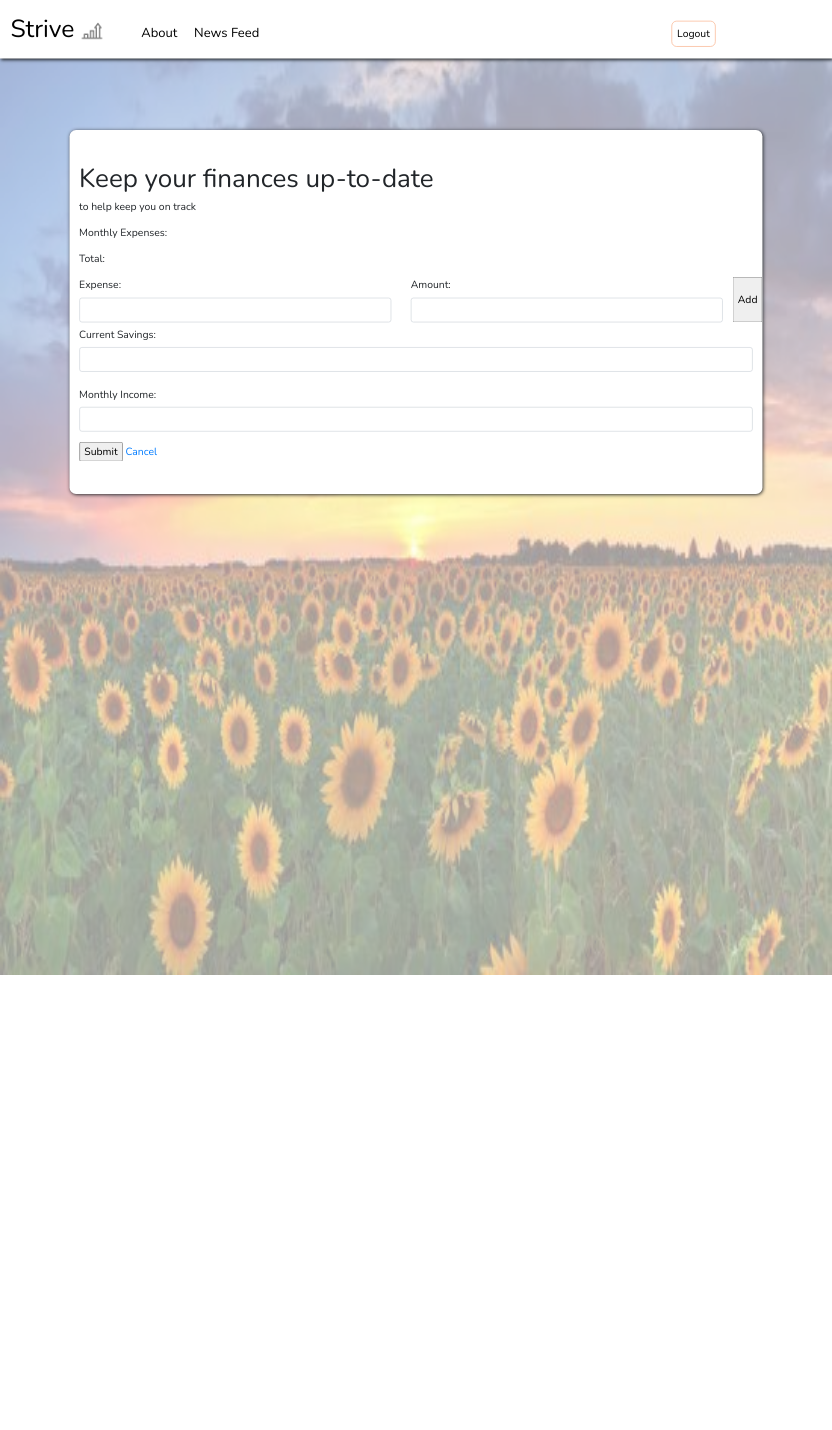
Repository: NoraOK/Strive
Page: http://localhost/strive/WEB-INF/strive/ie.jsp
These files come from the project's save history. The page is drawn as it stood at one moment and after the next save; the edit follows.
The browser window is 1280 px wide. The pictures show the whole page, at 65% of full size.
The page is served by Tomcat 9. Nobody is signed in. Other server files are loaded and not shown. The template is opened directly, without the code that normally fills it, so the values that code supplies are empty.

Above is the page before, as saved 2019-12-20 18:01:31.

### strive/src/main/webapp/WEB-INF/strive/ie.jsp
<%@ page language="java" contentType="text/html; charset=UTF-8"
	pageEncoding="UTF-8"%>
<%@ taglib prefix="form" uri="http://www.springframework.org/tags/form"%>
<%@ taglib prefix="c" uri="http://java.sun.com/jsp/jstl/core"%>
<%@ taglib prefix = "fmt" uri = "http://java.sun.com/jsp/jstl/fmt" %>

<!DOCTYPE html>

<html>
<head>
<meta charset="UTF-8">
<title>Strive | Personal Finances</title>
	<link rel="stylesheet"
	href="https://stackpath.bootstrapcdn.com/bootstrap/4.3.1/css/bootstrap.min.css"
	integrity="sha384-ggOyR0iXCbMQv3Xipma34MD+dH/1fQ784/j6cY/iJTQUOhcWr7x9JvoRxT2MZw1T"
	crossorigin="anonymous">
	<link href="/css/ie.css" rel="stylesheet" type="text/css" />
	<link href="https://fonts.googleapis.com/css?family=Nunito:200,400,700&display=swap" rel="stylesheet">
</head>
<body>
	<div>
		<jsp:include page="header.jsp"/>
	</div>
	<div class="body">
		<img src="/images/flowers.jpg">
		<div class="container col-10 spotlight">
		<p class="h1">Keep your finances up-to-date</p>
		<p>to help keep you on track</p>
		<p>Monthly Expenses:</p>
		<table>
			<tbody>

				<c:forEach items="${user.user_expenses}" var="userExpense">
					<tr>
					<td><c:out value="${userExpense.name}"/></td>
					<td><fmt:formatNumber value="${userExpense.amount}" type="currency"/></td>
					<td>
						<form action="/deleteUserExpense/${userExpense.id}" method="post">
							<input type="hidden" name="_method" value="delete">
							<input type="submit" value="Delete">
						</form>
					</td>
					</tr>
				</c:forEach>
			</tbody>
		</table>
		<p>Total: <fmt:formatNumber value="${user.totalUserExpense}" type="currency"/></p>
		<form:form action="/addUserExpense" method="post" modelAttribute="userExpense" class="row">
			<form:hidden path="user" value="${user.id}"/>
			<div class="col">
				<form:label path="name">Expense:</form:label>
				<form:input path="name" type="text" class="form-control"/>
			</div>
			<div class="col">
				<form:label path="amount">Amount:</form:label>
				<form:input path="amount" type="text" class="form-control"/>
			</div>
				<input type="submit" value="Add"/>
		</form:form>
		<form action="/strive/updateFinances" method="post">
			<p>
				<label class="lead col-form-label">Current Savings: </label>
				<input name="currentBalance" type="number" class="form-control" />
			</p>
			<p>
				<label class="lead col-form-label">Monthly Income: </label>
				<input name="currentIncome" type="number" class="form-control" />
			</p>
			<input class="" type="submit" value="Submit" />
			<a class="" href="/home">Cancel</a>
		</form>
		</div>
	</div>
</body>
</html>

### strive/src/main/webapp/WEB-INF/strive/header.jsp
<%@ page language="java" contentType="text/html; charset=UTF-8"
    pageEncoding="UTF-8"%>
<%@ taglib prefix="c" uri="http://java.sun.com/jsp/jstl/core"%>

<!DOCTYPE html>
<html>
<head>
<meta charset="UTF-8">
<title>Insert title here</title>
	<link rel="stylesheet" href="https://stackpath.bootstrapcdn.com/bootstrap/4.3.1/css/bootstrap.min.css" integrity="sha384-ggOyR0iXCbMQv3Xipma34MD+dH/1fQ784/j6cY/iJTQUOhcWr7x9JvoRxT2MZw1T" crossorigin="anonymous">
	<link href="/css/header.css" rel="stylesheet" type="text/css"/>
	<link href="https://fonts.googleapis.com/css?family=Nunito&display=swap" rel="stylesheet">
</head>
<body>
	<header class="p-3">
		<div class="logo d-inline">
			<a class="d-inline strive" href="/">Strive <img class="header_img" src="/images/icon2.png" alt=""></a>
			<div class="d-inline links pl-5">
				<a class="d-inline link" href="">About</a>
				<a class="d-inline link pl-3" href="/feed">News Feed</a>
				<c:choose>
					<c:when test="${user.goals.size() > 0}">
						<a class="d-inline link pl-3" href="/allGoals">Your Goals</a>
					</c:when>
				</c:choose>
			</div>
		</div>
		<div class="buttons d-inline">
			<a href="/logout" class="logout_button">Logout</a>
		</div>
	</header>
</body>
</html>

### strive/src/main/resources/static/css/ie.css
.body {
	padding-top: 200px;
    position: relative;
    overflow: hidden;
    height: 2200px;
    font-family:'Nunito', sans-serif;

}

.body img {
	background-color: rgba(232,114,17,1.0);
    position: absolute;
    left: 0;
    top: 0;
    width: 100%;
    height: 1500px;
    opacity: 0.4;
}

.spotlight{
	background-color: white;
	border-radius: 10px;
	box-shadow: 1px 1px 6px;
	padding: 50px;
	padding-left: 50px;

}

.h1{
	font-size: 30px;
	font-weight: 200;

}

### strive/src/main/resources/static/css/header.css
header{
	box-shadow: 2px 2px 5px;
	height: 90px;
	z-index: 10;
    position: fixed;
    width: 100%;
    font-family:'Nunito', sans-serif;
    background-color: white;
}
.strive{
	text-decoration: none;
	color: black;
}

.logo{
	font-size: 38px;

}
.header_img{
	background-color: white;
	width: 35px;
	opacity: .5;
}

.button{
	font-size: 17px;
	color: black;
}

.link {
	font-size: 20px;
	color: black;
}

a:link {
  text-decoration: none;
}

a:visited {
  text-decoration: none;
}

a:hover {
  text-decoration: none;
}

.logout_button{
	border: solid 1.5px #F9AD86;
	border-radius: 8px;
	padding:  8px;
	color: black;
}

.logout_button:hover {
	background-color: #F9AD86;
	color: white;
}

.buttons{
	margin-left: 50%;
}

.home_button{
	color: black;
}

After the next save:
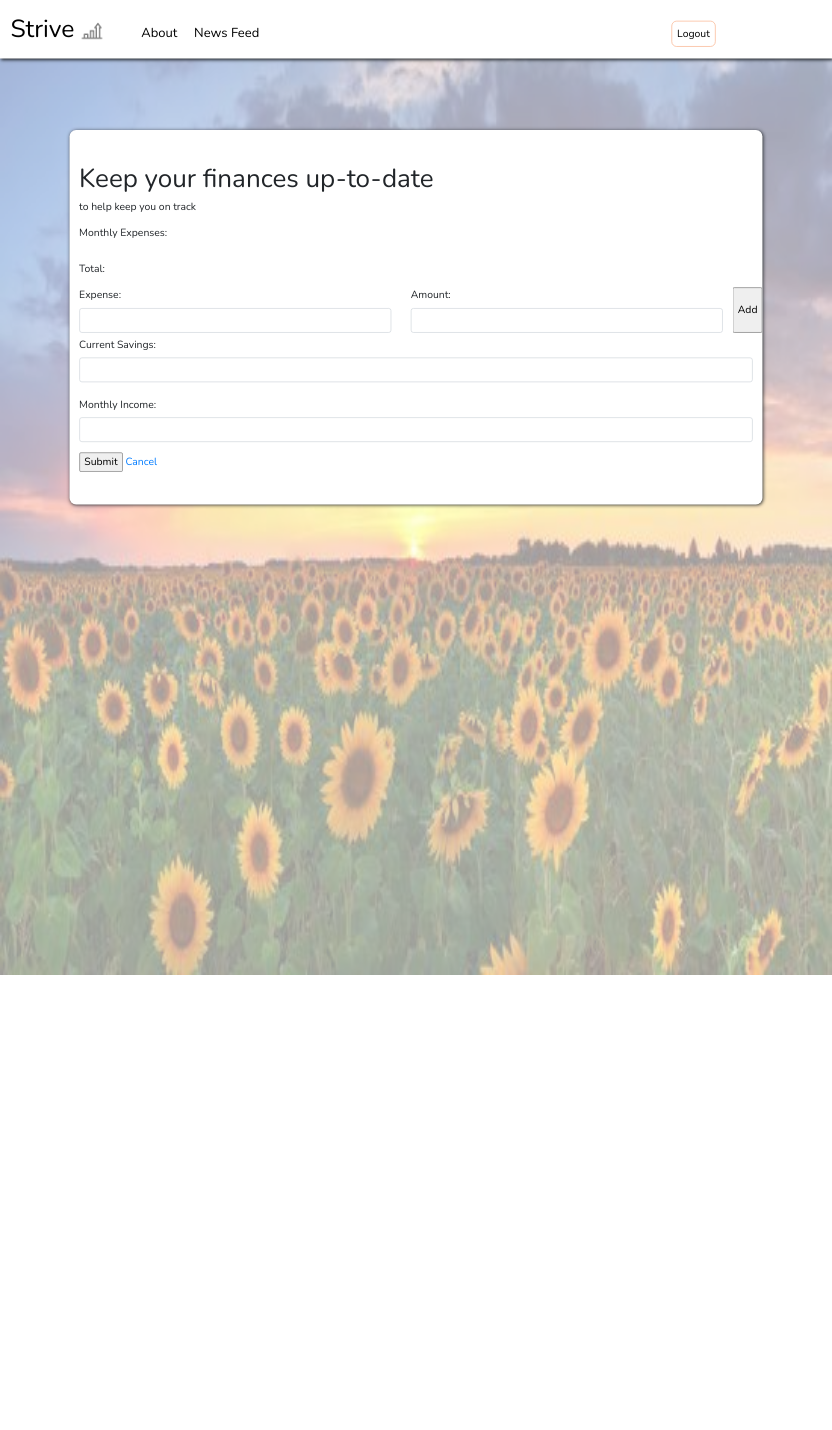
Saved 8 s later.
--- a/strive/src/main/webapp/WEB-INF/strive/ie.jsp
+++ b/strive/src/main/webapp/WEB-INF/strive/ie.jsp
@@ -27,7 +27,7 @@
 		<p class="h1">Keep your finances up-to-date</p>
 		<p>to help keep you on track</p>
 		<p>Monthly Expenses:</p>
-		<table>
+		<table class=table>
 			<tbody>
 
 				<c:forEach items="${user.user_expenses}" var="userExpense">
